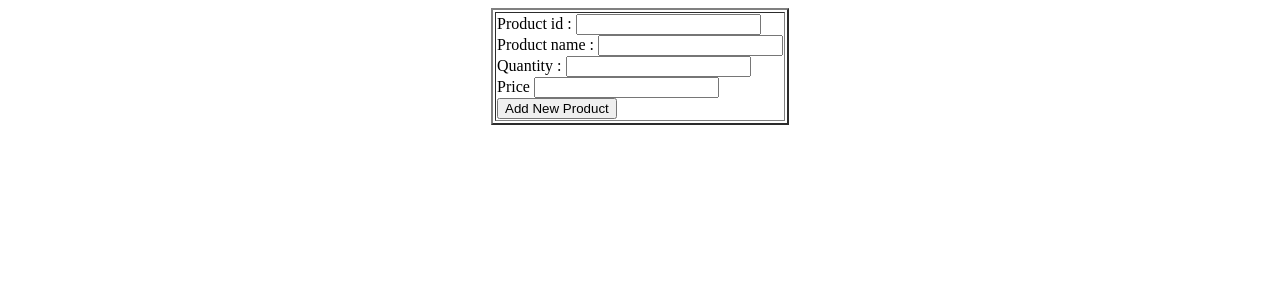
Repository: ravikumar0303/Advance-Java
Page: http://localhost/JSP_Product/addproduct.jsp
An editor plug-in stored every save of this project. The page is shown before and after the next save, followed by the edit.
The browser window is 1280 px wide. The pictures show the whole page.
The page is served by Tomcat 9. Other server files are loaded and not shown.

Above is the page before, as saved 2023-06-27 07:21:00.

### JSP_Product/src/main/webapp/addproduct.jsp
<%@ page language="java" contentType="text/html; charset=ISO-8859-1"
    pageEncoding="ISO-8859-1"%>
<!DOCTYPE html>
<html>
<head>
<meta charset="ISO-8859-1">
<title>Insert title here</title>
</head>
<center>
<body>
<table border="2">
<td>
	<form action="addproduct" method="post">
	Product id : <input type="text" name="pid" id="pid" ><br>
	Product name : <input type="text" name="pname" id="pname" ><br>
	Quantity : <input type="text" name="qty" id="qty" ><br>
	Price <input type="text" name="price" id="price" ><br>

	<button type="submit" name="btn" id="btn" value="add">Add New Product</button>
	</form>
	</table>
</body>
</td>
</center>
</html>

After the next save:
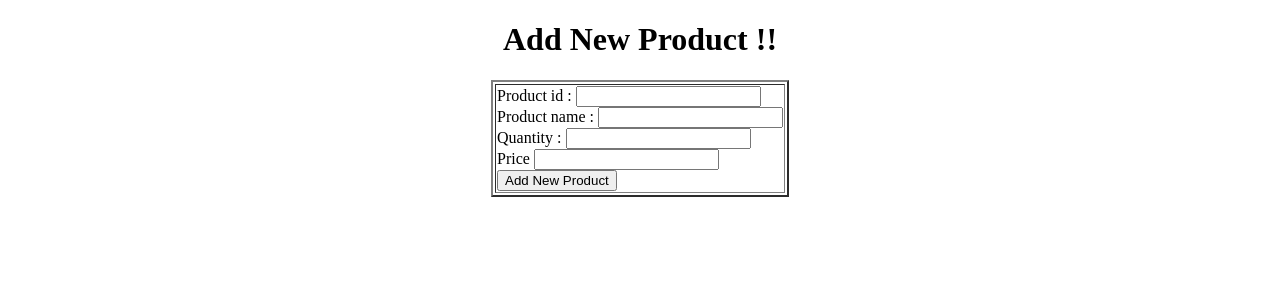
Saved 30 s later.
--- a/JSP_Product/src/main/webapp/addproduct.jsp
+++ b/JSP_Product/src/main/webapp/addproduct.jsp
@@ -7,6 +7,7 @@
 <title>Insert title here</title>
 </head>
 <center>
+<h1>Add New Product !!</h1>
 <body>
 <table border="2">
 <td>
